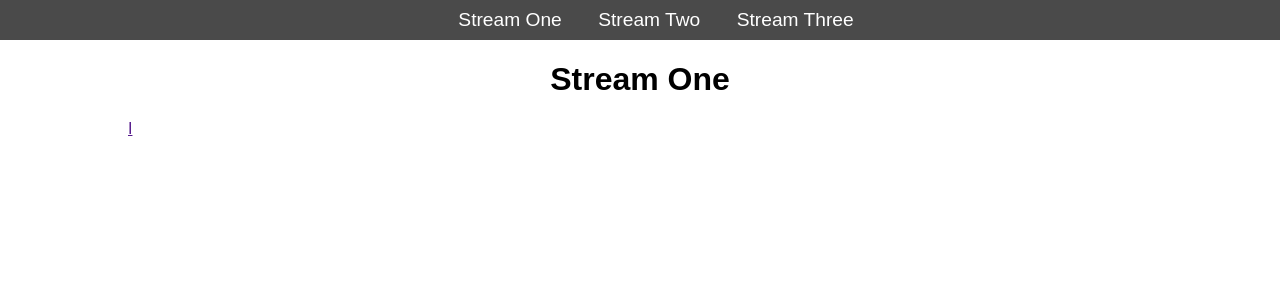
Repository: GILLIANMCD/my-first-website
Page: stream-one.html
The author's editor kept a record of every edit. The page is drawn from the files as they stood at one moment, then again after the next edit.
The browser window is 1280 px wide. The pictures show the whole page.

Above is the page before.

### stream-one.html
<html>
    <head>
        <title>
            Hello World
        </title>
        <link rel="stylesheet" href="css/styles.css" type="text/css" />
    </head>
    <body>
        <nav>
            <ul>
                <li><a href="stream-one.html">Stream One</a></li>
                <li><a href="stream-two.html">Stream Two</a></li>
                <li><a href="stream-three.html">Stream Three</a></li>
            </ul>
        </nav>
        <h1>Stream One</h1>
        <div class="card">
            <a href="">
                I<img />
                <h2></h2>
            </a>
        </div>
    </body>
</html>

### css/styles.css
body {
    margin:0;
    padding: 0;
    font-family: "Oswald", sans-serif;
}

nav ul {
    list-style; none;
    background-color: #4a4a4a;
    text-align: center;
    margin:0;
    padding: 0;
}

nav li {
    font-size: 1.2em;
    line-height: 40px;
    height:40px;
    display: inline-block;
    margin-left: 2.5%;

}

nav a {
    text-decoration: none;
    color: #ffffff;
    display: block;

}

nav a:hover {
    background-color: #ffffff;
    color: #4a4a4a ;
}
.card {
    float:left;
    width: 20%;
    margin-left: 10%;

}

.card a {
    text-align: center;
}
img {
    width: 100%;

}

h1 {
    text-align: center;
}

After the next edit:
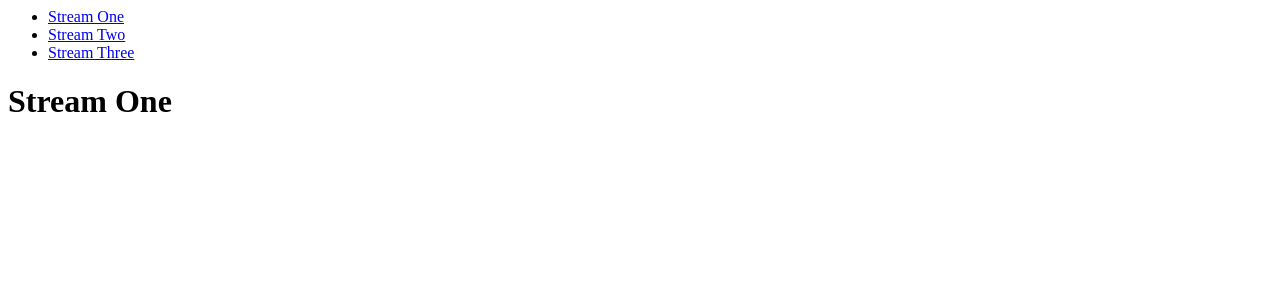
The edit:
--- a/stream-one.html
+++ b/stream-one.html
@@ -3,7 +3,6 @@
         <title>
             Hello World
         </title>
-        <link rel="stylesheet" href="css/styles.css" type="text/css" />
     </head>
     <body>
         <nav>
@@ -15,10 +14,9 @@
         </nav>
         <h1>Stream One</h1>
         <div class="card">
-            <a href="">
-                I<img />
-                <h2></h2>
-            </a>
+            <a href="https://en.wikipedia.org/wiki/HTML5">
+            <img />
+            <h2></h2>
         </div>
     </body>
 </html>

After the 2 edits that followed:
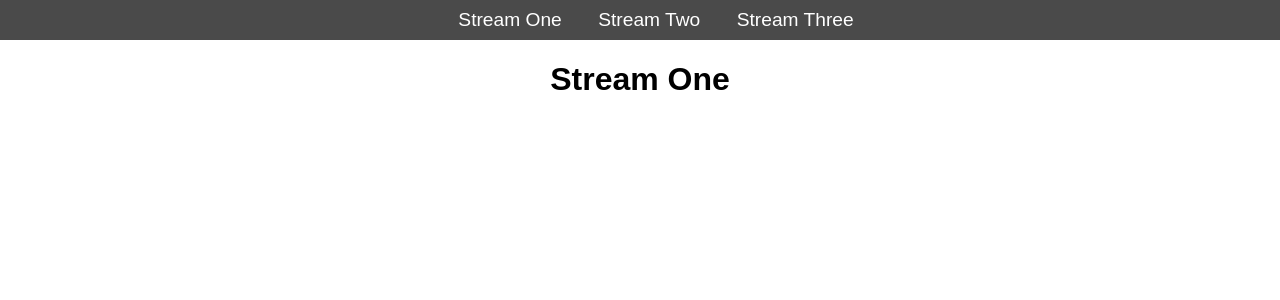
The 2 edits are shown as one change because 1 left the picture as it was.
The edit:
--- a/stream-one.html
+++ b/stream-one.html
@@ -3,6 +3,7 @@
         <title>
             Hello World
         </title>
+         <link rel="stylesheet" href="css/styles.css" type="text/css" />
     </head>
     <body>
         <nav>
@@ -17,6 +18,7 @@
             <a href="https://en.wikipedia.org/wiki/HTML5">
             <img />
             <h2></h2>
+            </a>
         </div>
     </body>
 </html>
